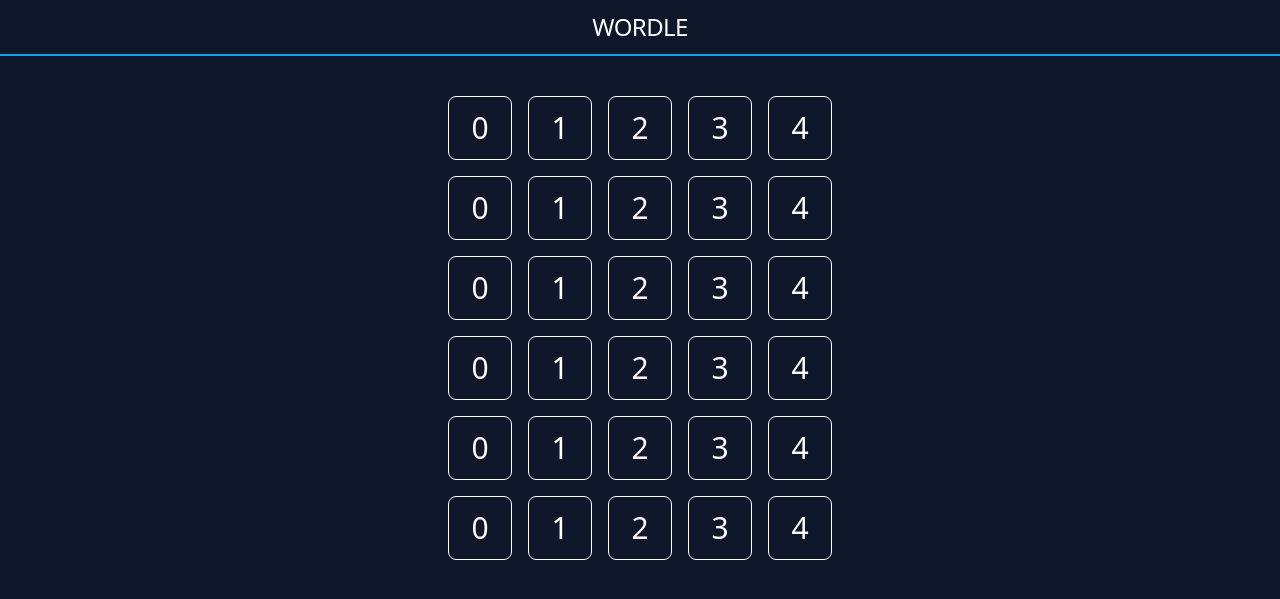
Repository: hjubsoni/basic-wordle-game
Page: / (app in client/)
An editor plug-in stored every save of this project. The page is shown before and after the next save, followed by the edit.
The browser window is 1280 px wide. The pictures show the whole page.
The page's requests for data from a server got no answer. The project was rebuilt for these pictures with package versions that can differ from the ones it lists, and the page was loaded fresh each time. No one was signed in, and anything a server would have sent is missing. Also part of the build but not shown: client/vite.config.ts.

Above is the page before, as saved 2023-01-27 14:03:48.

### client/src/main.tsx
import React from 'react';
import ReactDOM from 'react-dom/client';
import App from './App';
import './index.css';

ReactDOM.createRoot(
  document.getElementById('root') as HTMLElement
).render(
  <React.StrictMode>
    <App />
  </React.StrictMode>
);

### client/src/App.tsx
import React from 'react';
import Header from './components/Header';
import Game from './components/Game';

function App() {
  const [correctWord, setCorrectWord] = React.useState('');

  const generateCorrectWord = async () => {
    const response = await fetch('http://localhost:5000/api');
    const words = await response.json();
    setCorrectWord(words[Math.floor(Math.random() * words.length)]);
  };

  React.useEffect(() => {
    generateCorrectWord();
  }, []);
  return (
    <div className="h-full">
      <Header />
      <Game correctWord={correctWord} />
    </div>
  );
}

export default App;

### client/src/index.css
@tailwind base;
@tailwind components;
@tailwind utilities;

@layer base {
  html,
  body,
  #root {
    @apply h-full bg-slate-900;
  }
}

### client/src/components/Header/Header.tsx
import React from 'react';

function Header() {
  return (
    <header className="flex h-14 items-center justify-center  border-b-2 border-sky-500 ">
      <h2 className="uppercase text-white text-2xl tracking-tight">
        Wordle
      </h2>
    </header>
  );
}

export default Header;

### client/src/components/Game/Game.tsx
import React from 'react';
import { range } from '../../utils/range';
import Row from '../Row';
import Cell from '../Cell';

function Game({ correctWord }: { correctWord: string }) {
  const [guessedWords, setGuessedWords] = React.useState<string[][]>(
    new Array(6).fill([])
  );
  const [currentRow, setCurrentRow] = React.useState(0);
  console.log(guessedWords);
  function handleKeyDown(event: Event) {
    const { key } = event as KeyboardEvent;
    const guessedWordsCopy = [...guessedWords];
    guessedWordsCopy[currentRow].push(key);

    setGuessedWords(guessedWordsCopy);
  }
  React.useEffect(() => {
    window.addEventListener('keydown', handleKeyDown);
    return () => {
      window.removeEventListener('keydown', handleKeyDown);
    };
  }, []);

  return (
    <main className="flex items-center justify-center ">
      <div className="flex gap-4 flex-col max-w-sm w-full rouded-lg mt-10">
        {guessedWords.map((row, rowIdx) => {
          return (
            <Row key={rowIdx}>
              {range(5).map((cellIdx) => (
                <Cell key={cellIdx} letter={cellIdx} />
              ))}
            </Row>
          );
        })}
      </div>
    </main>
  );
}

export default Game;

### client/src/utils/range.tsx
export const range = (start: number, end?: number, step = 1) => {
  let output = [];
  if (typeof end === 'undefined') {
    end = start;
    start = 0;
  }
  for (let i = start; i < end; i += step) {
    output.push(i);
  }
  return output;
};

### client/src/components/Cell/index.tsx
export { default } from './Cell';

### client/src/components/Row/Row.tsx
import React from 'react';

function Row({ children }: { children: React.ReactNode }) {
  return <div className="flex gap-4">{children}</div>;
}

export default Row;

### client/src/components/Cell/Cell.tsx
import React from 'react';

function Cell({ letter }: { letter: string }) {
  return (
    <div className="border border-white flex-1 aspect-square rounded-lg text-white text-3xl uppercase flex items-center justify-center">
      {letter}
    </div>
  );
}

export default Cell;

Loaded but not shown: client/index.html (common file); client/src/components/Header/index.tsx (common file); client/src/components/Game/index.tsx (common file); client/src/components/Row/index.tsx (common file); client/tailwind.config.cjs (common file)

After the next save:
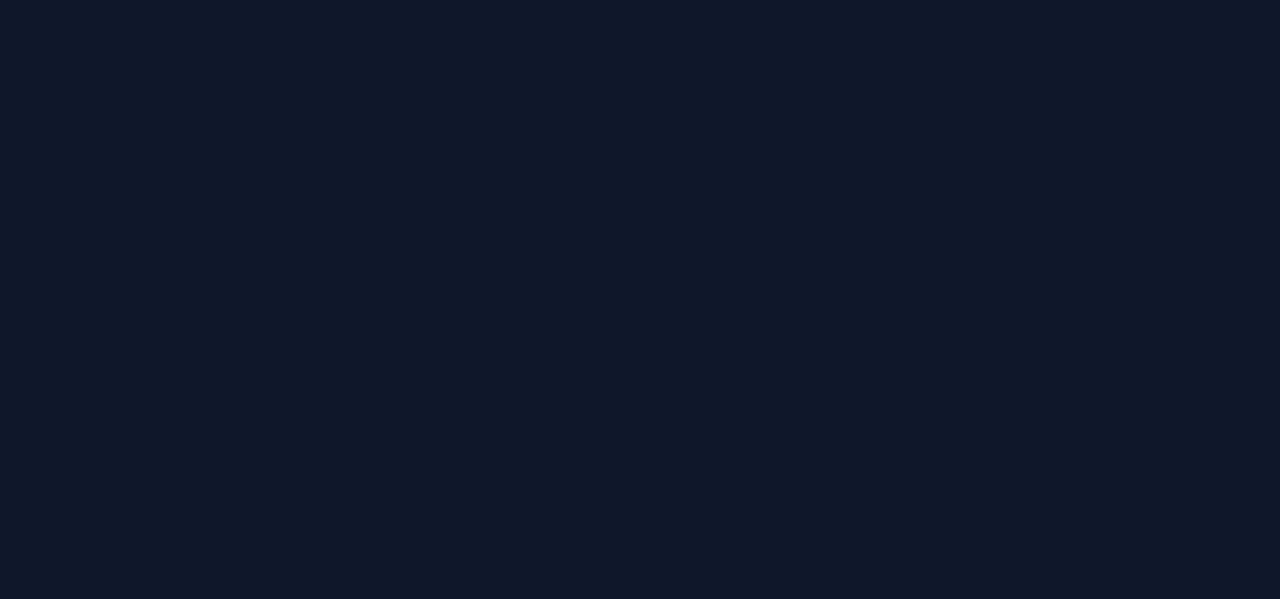
Console error: TypeError: Cannot read properties of undefined (reading '0')
Saved 42 s later.
--- a/client/src/components/Game/Game.tsx
+++ b/client/src/components/Game/Game.tsx
@@ -27,10 +27,11 @@
     <main className="flex items-center justify-center ">
       <div className="flex gap-4 flex-col max-w-sm w-full rouded-lg mt-10">
         {guessedWords.map((row, rowIdx) => {
+          const b = row[0];
           return (
             <Row key={rowIdx}>
               {range(5).map((cellIdx) => (
-                <Cell key={cellIdx} letter={cellIdx} />
+                <Cell key={cellIdx} letter={b[cellIdx]} />
               ))}
             </Row>
           );

After the 2 saves that followed:
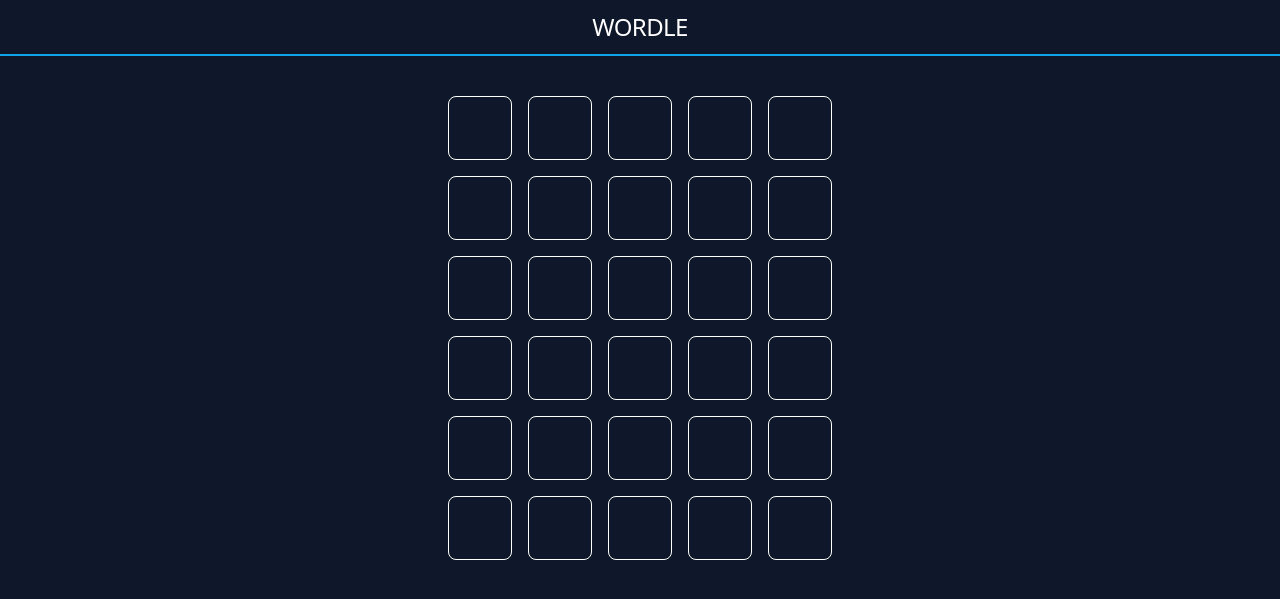
The error is gone.
The 2 saves are shown as one change because 1 left the picture as it was.
The last was saved 43 s later.
--- a/client/src/components/Game/Game.tsx
+++ b/client/src/components/Game/Game.tsx
@@ -27,11 +27,10 @@
     <main className="flex items-center justify-center ">
       <div className="flex gap-4 flex-col max-w-sm w-full rouded-lg mt-10">
         {guessedWords.map((row, rowIdx) => {
-          const b = row[0];
           return (
             <Row key={rowIdx}>
               {range(5).map((cellIdx) => (
-                <Cell key={cellIdx} letter={b[cellIdx]} />
+                <Cell key={cellIdx} letter={row[0]} />
               ))}
             </Row>
           );
